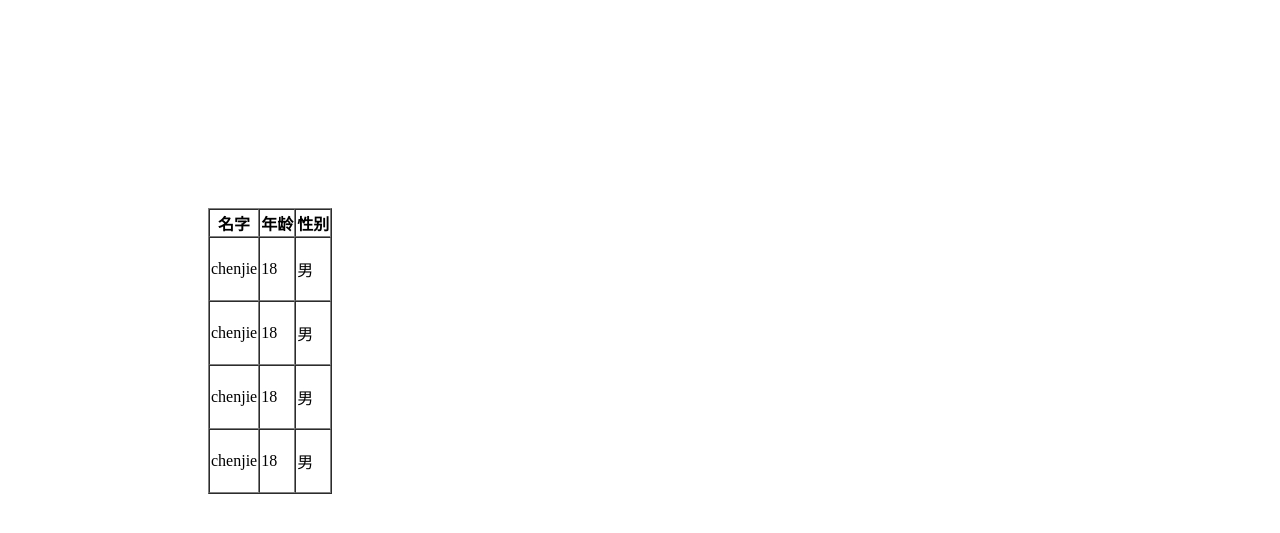
Repository: chenjieya/java
Page: index.html
An editor plug-in stored every save of this project. The page is shown before and after the next save, followed by the edit.
The browser window is 1280 px wide. The pictures show the whole page.

Above is the page before, as saved 2023-05-23 10:31:10.
Console error: ReferenceError: oDiv is not defined

After the next save:
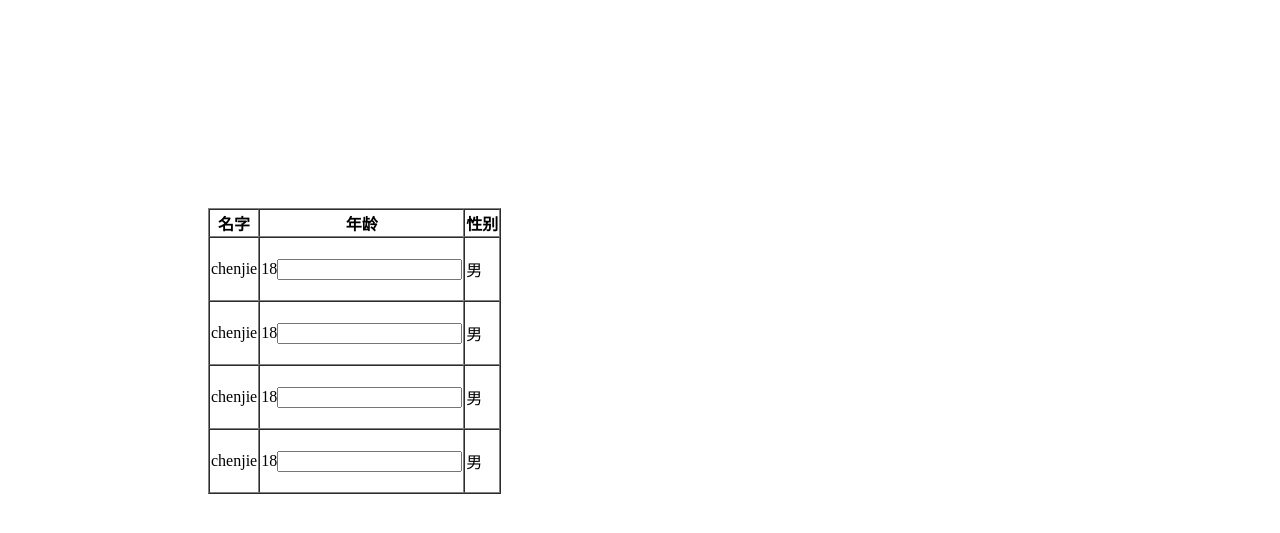
The error is gone.
Saved 23 s later.
--- a/index.html
+++ b/index.html
@@ -73,7 +73,7 @@
       // Otd[i].style.position = 'relative';
       // toolTip(Otd[i]);
      const oInput = document.createElement('input');
-     Otd[i].appendChild(oDiv);
+     Otd[i].appendChild(oInput);
     }
 
     // 生成tooltip并添加到dom中
